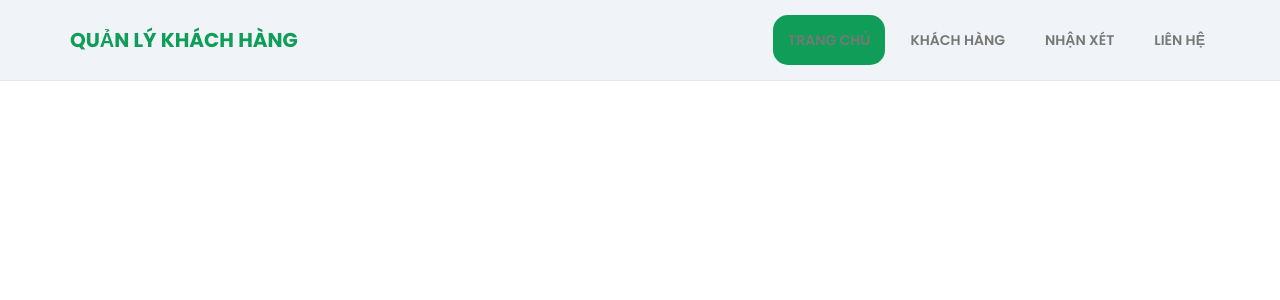
Repository: huutien1904/bt2-ltw
Page: index.html
An editor plug-in stored every save of this project. The page is shown before and after the next save, followed by the edit.
The browser window is 1280 px wide. The pictures show the whole page.

Above is the page before, as saved 2021-11-03 21:19:24.

### index.html
<!DOCTYPE html>
<html lang="en">
<head>
    <meta charset="UTF-8">
    <meta http-equiv="X-UA-Compatible" content="IE=edge">
    <meta name="viewport" content="width=device-width, initial-scale=1.0">
    <title>Quản Lý Khách Hàng</title>
    <link rel="stylesheet" href="https://maxcdn.bootstrapcdn.com/bootstrap/3.4.1/css/bootstrap.min.css">
    <link href="https://fonts.googleapis.com/css?family=Montserrat" rel="stylesheet" type="text/css">
    <link href="https://fonts.googleapis.com/css?family=Lato" rel="stylesheet" type="text/css">
    <!-- style -->
    <link rel="stylesheet" href="./style.css">
    <!-- font Poppins -->
    <link rel="preconnect" href="https://fonts.googleapis.com">
    <link rel="preconnect" href="https://fonts.gstatic.com" crossorigin>
    <link href="https://fonts.googleapis.com/css2?family=Poppins:wght@100;200;300;400;500;600;700;800;900&display=swap" rel="stylesheet">
    <!-- javacript boostrap -->
    <script src="https://ajax.googleapis.com/ajax/libs/jquery/3.5.1/jquery.min.js"></script>
    <script src="https://maxcdn.bootstrapcdn.com/bootstrap/3.4.1/js/bootstrap.min.js"></script>
</head>
<body>
    <nav class="navbar navbar-default navbar-fixed-top">
        <div class="container">
          <div class="navbar-header">
            <a class="navbar-brand" href="#myPage">QUẢN LÝ KHÁCH HÀNG</a>
          </div>
          <div class="collapse navbar-collapse" id="myNavbar">
            <ul class="nav navbar-nav navbar-right">
              <li class="activecc"><a href="#about">TRANG CHỦ</a></li>
              <li><a href="#services">KHÁCH HÀNG</a></li>
              <li><a href="#pricing">NHẬN XÉT</a></li>
              <li><a href="#contact">LIÊN HỆ</a></li>
            </ul>
          </div>
        </div>
    </nav>
</body>
</html>

### style.css
*{
  font-family: 'Poppins', sans-serif;
}

:root {
  --primary-color: #0f9d58;
  --backgound-color: #f0f3f7;
  --secon-color: #9da2ad;
  --grey: #7a7a7a;
  --white: #ffffff;
}
body {
  font: 400 15px Lato, sans-serif;
  line-height: 1.8;
  color: #818181;
}
.navbar-default{
  padding: 15px;
  background-color: var(--backgound-color);
}
.navbar-brand{
  font-weight: 700;
  font-size: 20px;
  color: var(--primary-color) !important;
}
.navbar-right li{
  font-size: 14px;
  font-weight: 600;
  margin: 0 5px;
  /* padding:5px; */
}
.navbar-right li:hover{
  background-color: var(--primary-color);
  border-radius: 15px;
}
.activecc{
  background-color: var(--primary-color);
  border-radius: 15px;
}

After the next save:
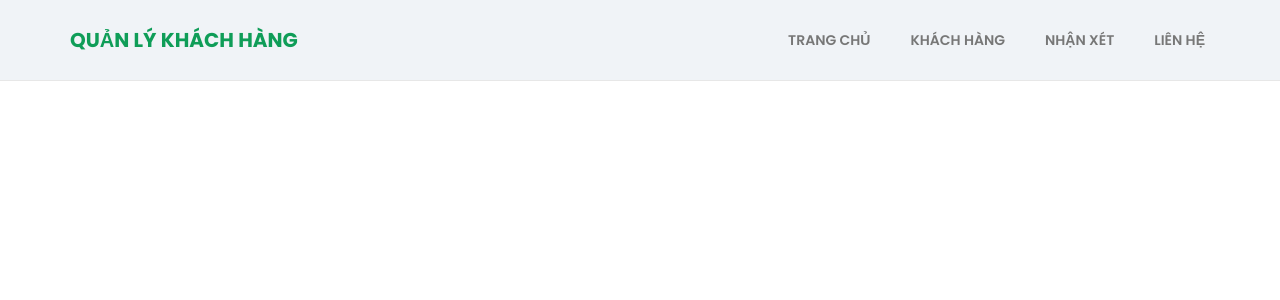
Saved 23 s later.
--- a/index.html
+++ b/index.html
@@ -26,7 +26,7 @@
           </div>
           <div class="collapse navbar-collapse" id="myNavbar">
             <ul class="nav navbar-nav navbar-right">
-              <li class="activecc"><a href="#about">TRANG CHỦ</a></li>
+              <li class="active_nav"><a href="#about">TRANG CHỦ</a></li>
               <li><a href="#services">KHÁCH HÀNG</a></li>
               <li><a href="#pricing">NHẬN XÉT</a></li>
               <li><a href="#contact">LIÊN HỆ</a></li>

After the save that followed:
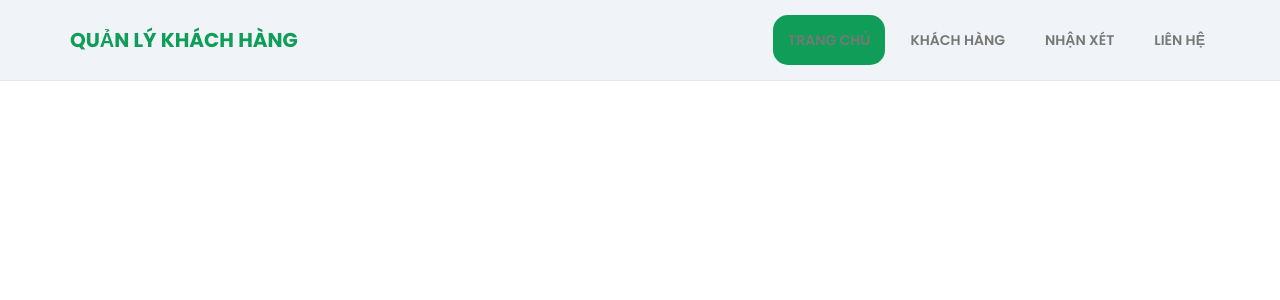
Saved 21 s later.
--- a/style.css
+++ b/style.css
@@ -32,8 +32,11 @@ body {
 .navbar-right li:hover{
   background-color: var(--primary-color);
   border-radius: 15px;
+  color: var(--white);
 }
-.activecc{
+.active_nav{
   background-color: var(--primary-color);
   border-radius: 15px;
+  color: var(--white);
+
 }
